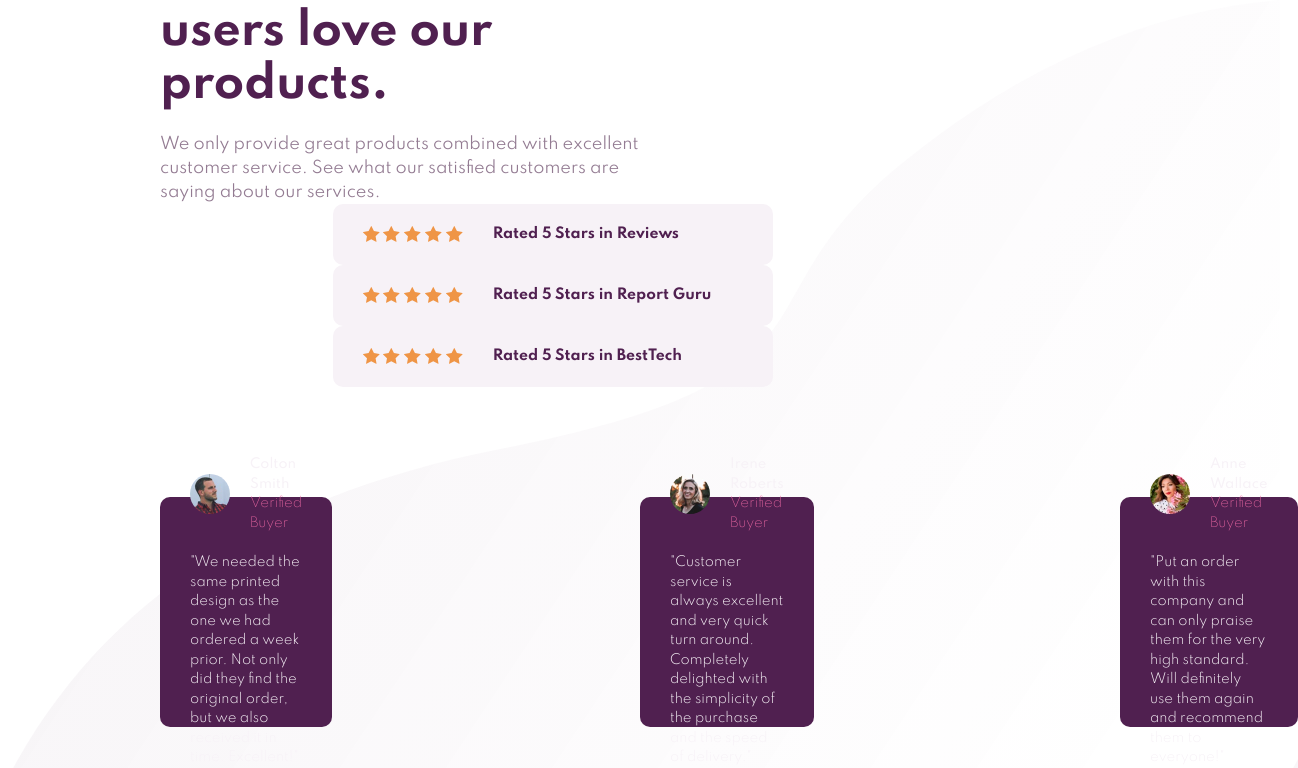
Repository: metehankasapp/social-proof-section-master
Page: index.html
The author's editor kept a copy of each file at every save. The page is drawn from the files as they stood at one save, then again after the next save.
The browser window is 1280 px wide. The page is 1298 px wide, so the pictures cover 1298 px, including what lies to the right of the window. The pictures show the whole page.
Some web libraries are served in a nearby version.

Above is the page before, as saved 2021-12-05 08:48:50.

After the next save:
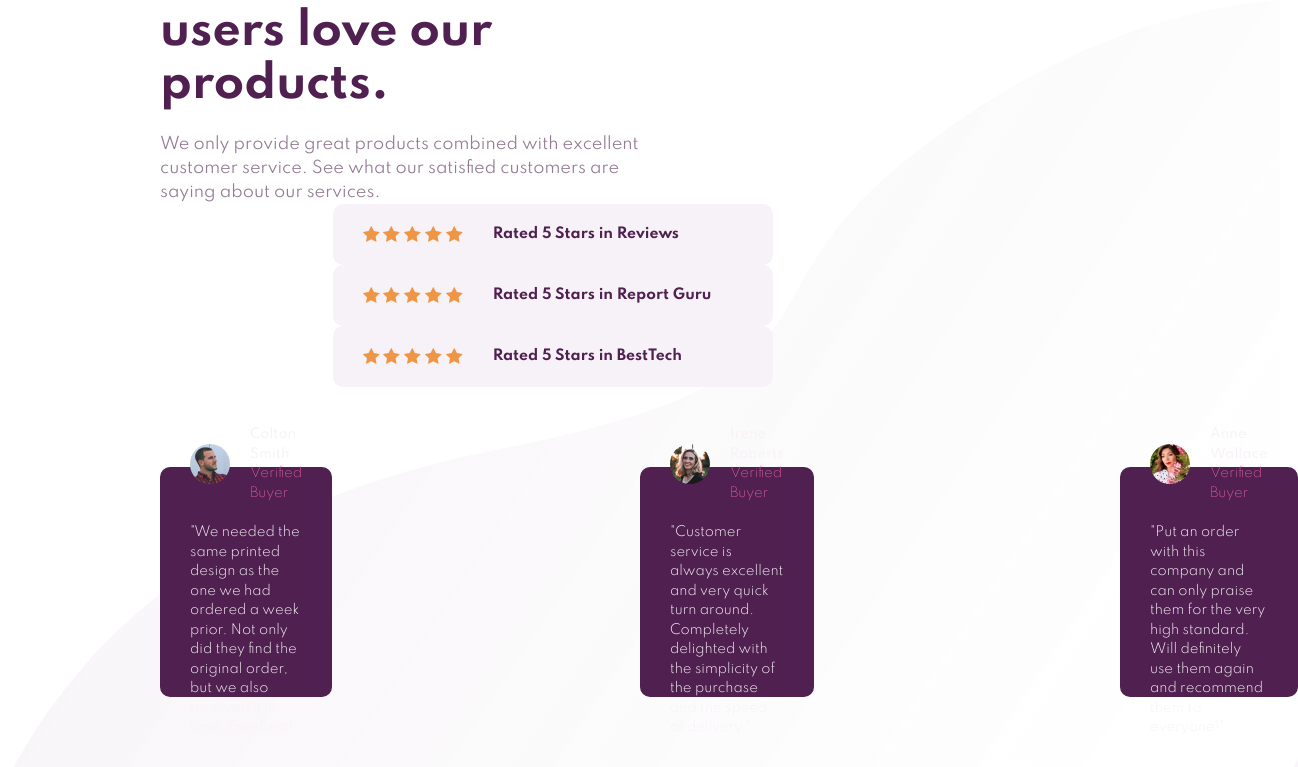
Saved 18 s later.
--- a/style.css
+++ b/style.css
@@ -85,18 +85,22 @@ body {
 }
 .card-item:nth-child(1){
     position: absolute;
-    top: 30px;
+    top: 0px;
     left: 0;
 }
 
 .card-item-:nth-child(1){
-
+    position: absolute;
+    top: 4rem;
+    left: 0;
 
 
 }
 
 .card-item:nth-child(3){
-
+    position: absolute;
+    top: 8rem;
+    left: 0;
 }
 
 .card-headerr {
